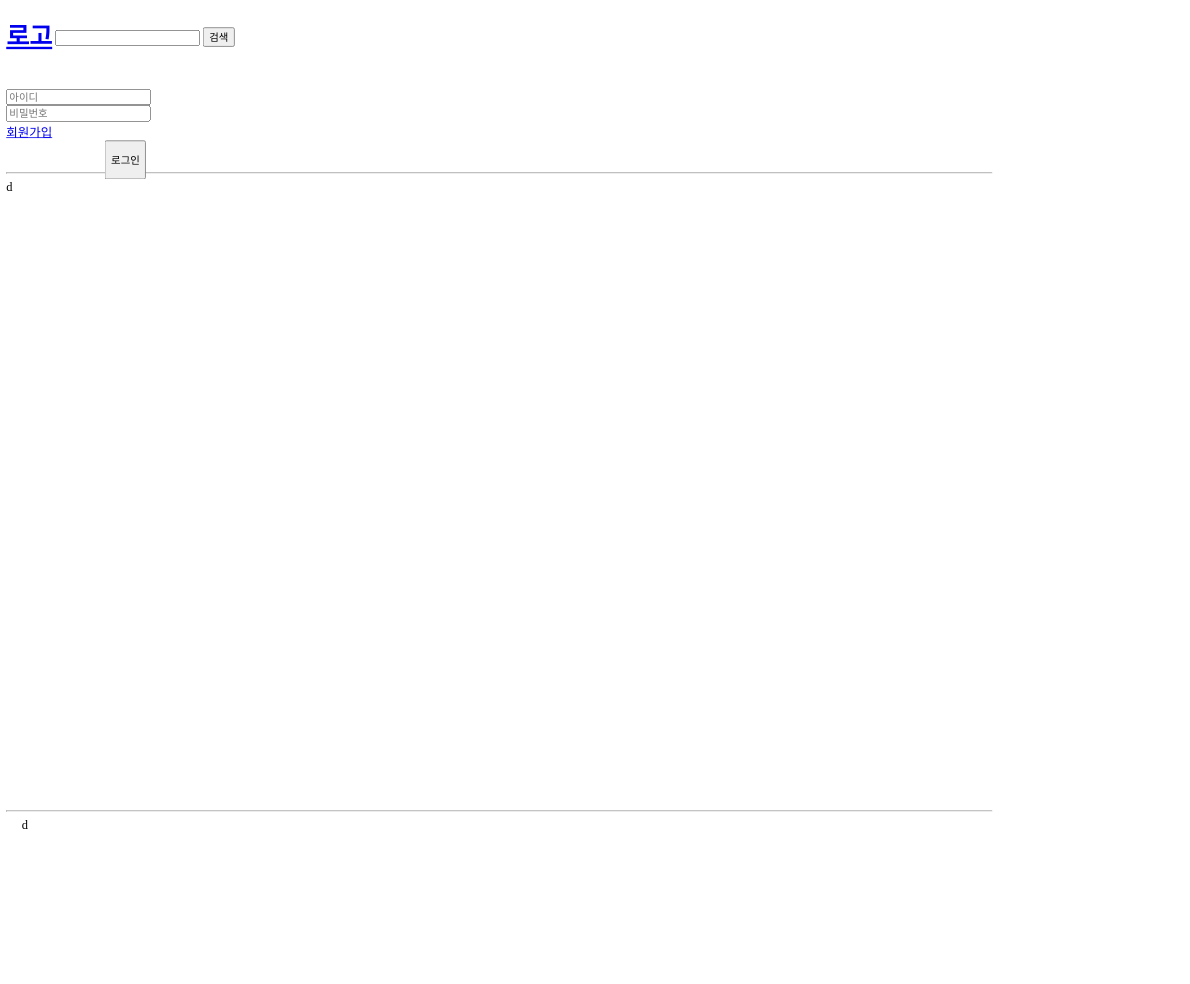
Repository: whtpdnd/Project
Page: http://localhost/Music/
An editor plug-in stored every save of this project. The page is shown before and after the next save, followed by the edit.
The browser window is 1280 px wide. The page is 1398 px wide, then 1525 px, so the pictures cover 1525 px, including what lies to the right of the window. The pictures show the whole page, at 78% of full size.
The page is served by Tomcat 9.

Above is the page before, as saved 2022-11-23 10:15:58.

After the next save:
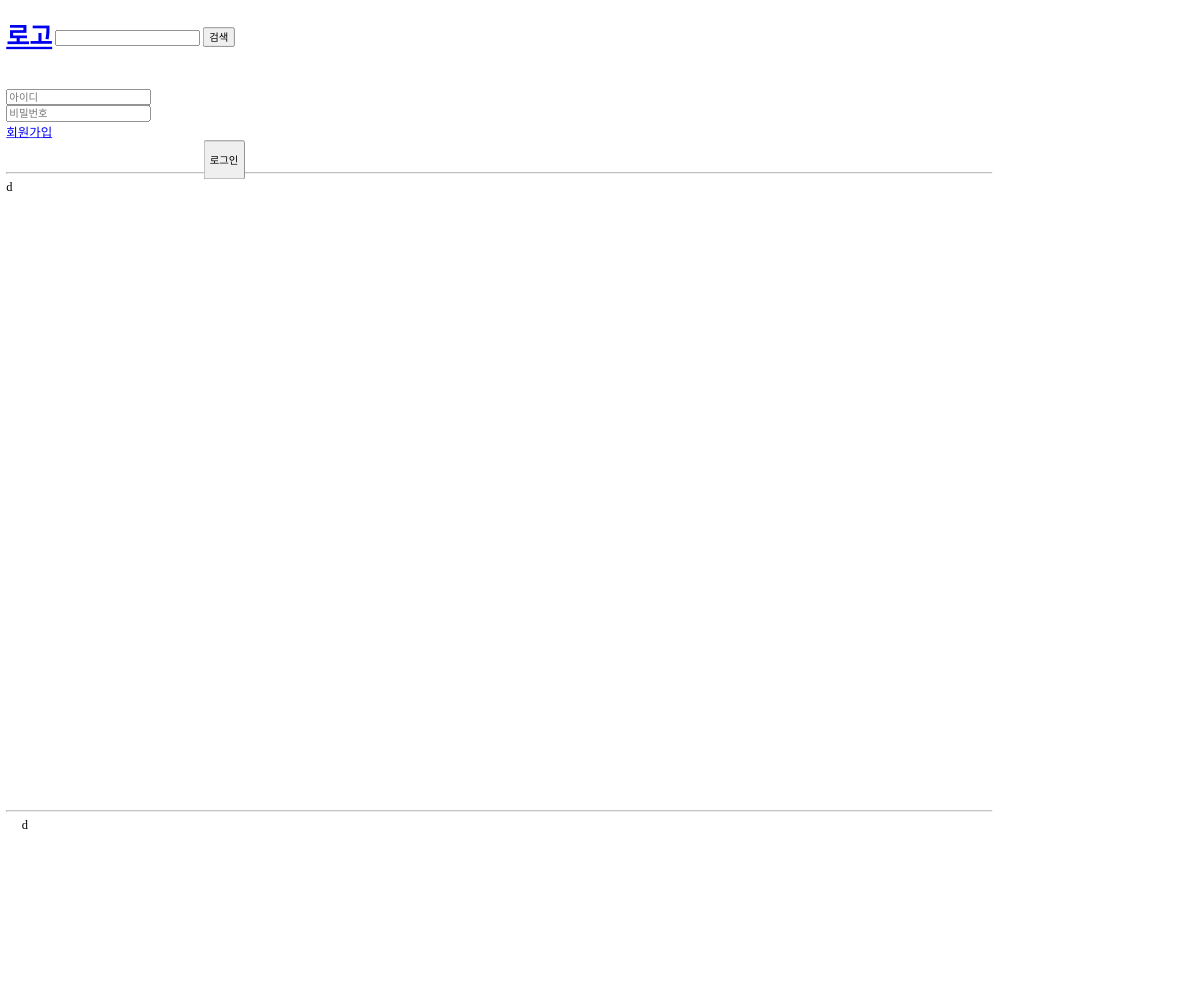
Saved 6 s later.
--- a/project02/Music/WebContent/css/style.css
+++ b/project02/Music/WebContent/css/style.css
@@ -9,7 +9,7 @@
 .button
 {
 	position: relative;
-	right:-10%;
+	right:-20%;
 }
 .body
 {
